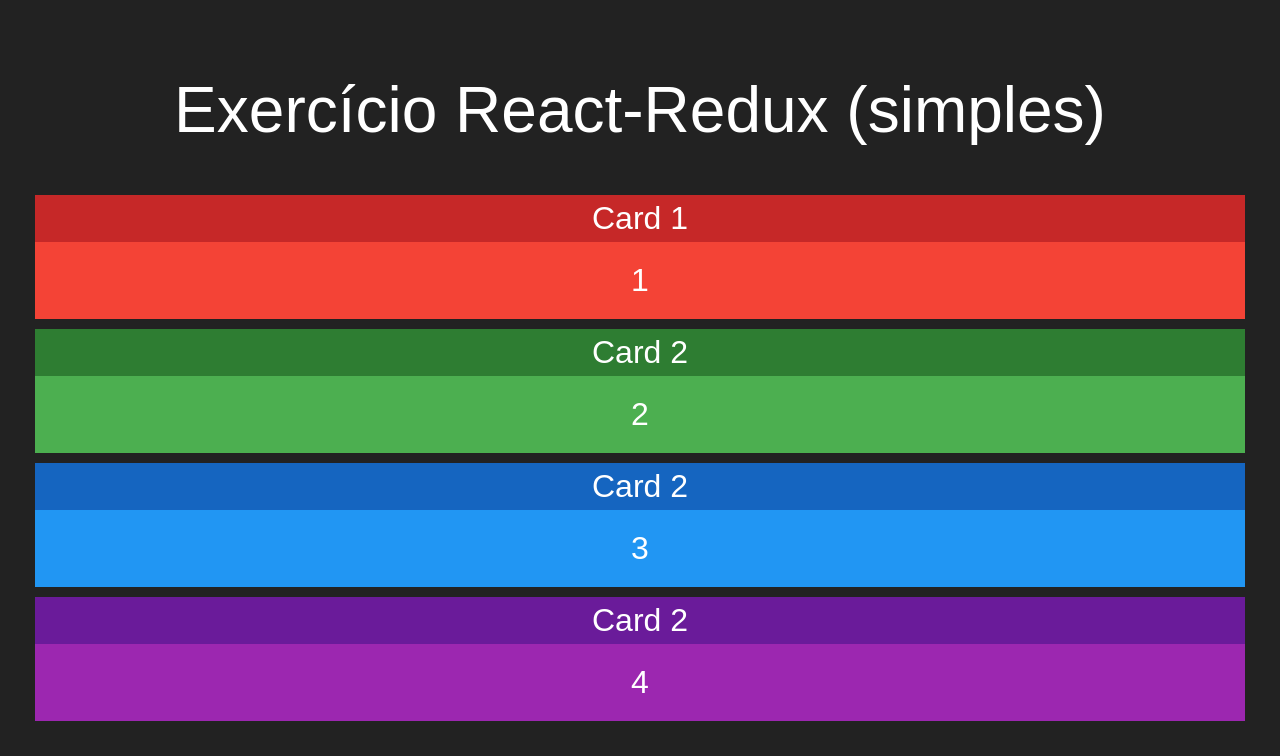
Repository: Henrique-Franca/Clear-Redux-Simples
Page: /
These files come from the project's save history. The page is drawn as it stood at one moment and after the next save; the edit follows.
The browser window is 1280 px wide. The pictures show the whole page.
The project was rebuilt for these pictures with package versions that can differ from the ones it lists, and the page was loaded fresh each time.

Above is the page before, as saved 2022-11-22 07:37:44.

### src/index.css
body{
  background-color: #222;
  font-size: 2rem;
  font-family: Arial, Helvetica, sans-serif;
  color: #fff;
  margin: 30px;
}

### src/App.js
import './App.css';
import Card from './components/Card';
import React from 'react';

function App() {
  return (
    <div className="App">
      <h1>Exercício React-Redux (simples)</h1>

      <div className='linha'>
        <Card title="Card 1" red>
          1
        </Card>
      </div>
      <div className='linha'>
        <Card title="Card 2" green>
          2
        </Card>
      </div>
      <div className='linha'>
        <Card title="Card 2" blue>
          3
        </Card>
      </div>
      <div className='linha'>
        <Card title="Card 2" purple>
          4
        </Card>
      </div>

    </div>
  );
}

export default App;

### src/components/Card.jsx
import './Card.css'
import React from 'react'

function getColor(props){
    if(props.red) return "Red"
    if(props.blue) return "Blue"
    if(props.green) return "Green"
    if(props.purple) return "Purple"
    return ""
}

export default props=>{

    return (
        <div className={`Card ${getColor(props)}`}>

            <div className="Header">
                <span className='Title'>{props.title}</span>
            </div>
            <div className='Content'>
                {props.children}
            </div>

        </div>
    )

}

### src/components/Card.css
.Card {
    flex: 1;
    display: flex;
    flex-direction: column;
    margin: 5px;
}

.Card .Header {
    display: flex;
    justify-content: center;
}

.Card .Header .Title {
    flex: 1;
    padding: 5px;
}

.Card .Content {
    padding: 20px;
}

.Card.Red .Header { color: #FFF; background-color: #c62828; }
.Card.Red .Content { background-color: #f44336; }

.Card.Green .Header { color: #FFF; background-color: #2e7d32; }
.Card.Green .Content { background-color: #4caf50; }

.Card.Blue .Header { color: #FFF; background-color: #1565c0; }
.Card.Blue .Content { background-color: #2196f3; }

.Card.Purple .Header { color: #FFF; background-color: #6A1B9A; }
.Card.Purple .Content { background-color: #9c27b0; }

Loaded but not shown: public/index.html (common file); src/index.js (common file); src/reportWebVitals.js (common file); src/App.css (common file)

After the next save:
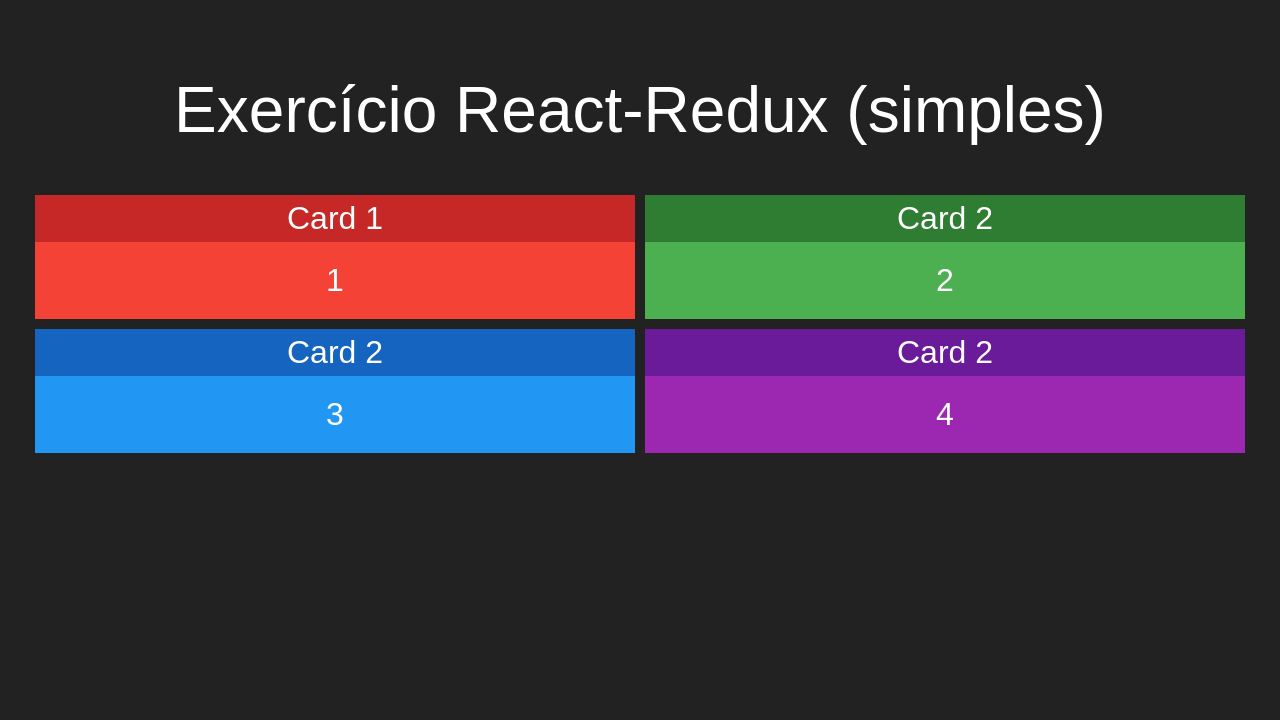
Saved 102 s later.
--- a/src/App.js
+++ b/src/App.js
@@ -11,8 +11,6 @@ function App() {
         <Card title="Card 1" red>
           1
         </Card>
-      </div>
-      <div className='linha'>
         <Card title="Card 2" green>
           2
         </Card>
@@ -21,13 +19,10 @@ function App() {
         <Card title="Card 2" blue>
           3
         </Card>
-      </div>
-      <div className='linha'>
         <Card title="Card 2" purple>
           4
         </Card>
       </div>
-
     </div>
   );
 }
